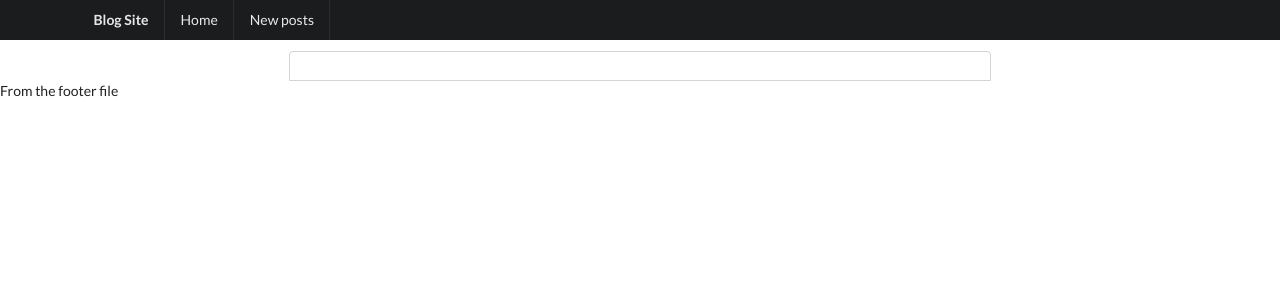
Repository: karanagg262/The-Web-Development-Bootcamp
Page: http://localhost/blogs
The author's editor kept a record of every edit. The page is drawn from the files as they stood at one moment, then again after the next edit.
The browser window is 1280 px wide. The pictures show the whole page.
The page is served by the project's Node server (restful_routing/Restful_blog/app.js). Queries for data that is not in the repository find no rows.

Above is the page before.

After the next edit:
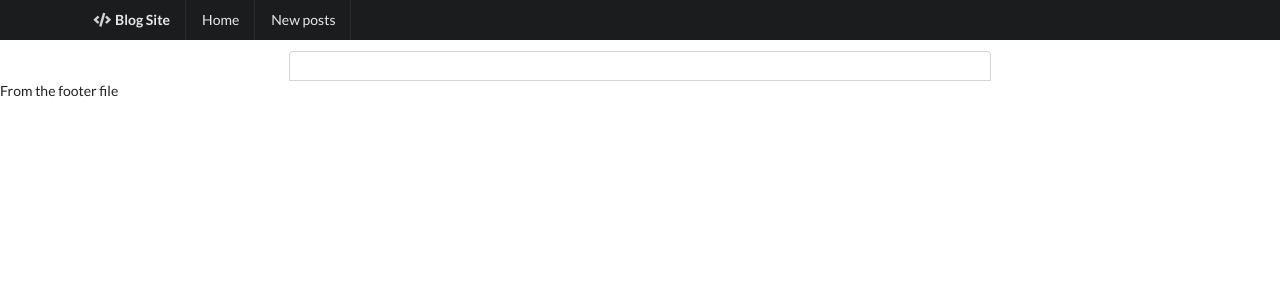
The edit:
--- a/Backend and full scale projects/restful_routing/Restful_blog/views/partials/header.ejs
+++ b/Backend and full scale projects/restful_routing/Restful_blog/views/partials/header.ejs
@@ -9,7 +9,7 @@
     <body>
         <div class="ui fixed inverted menu">
             <div class="ui container">
-                <div class="header item">
+                <div class="header item"><i class="code icon"></i>
                     Blog Site
                 </div>
                 <a href="/" class="item">Home</a>
